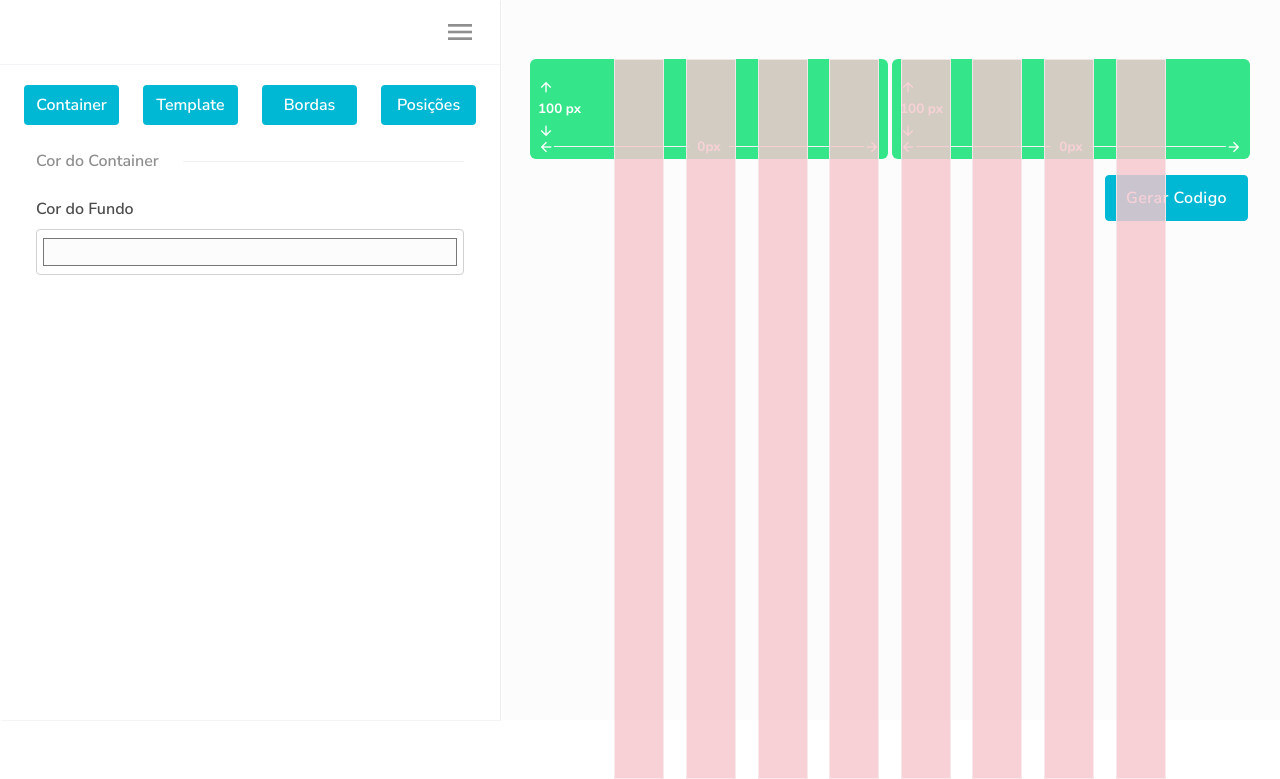
Repository: Flintdl/lowcode-elements
Page: /
These files come from the project's save history. The page is drawn as it stood at one moment and after the next save; the edit follows.
The browser window is 1280 px wide. The pictures show the whole page.
The project was rebuilt for these pictures with package versions that can differ from the ones it lists, and the page was loaded fresh each time. Also part of the build but not shown: vue.config.js.

Above is the page before, as saved 2022-04-10 14:43:55.

### src/assets/scss/_variables.scss
// Primarys Colors
$standardTextColor: #4d4d4d;

$primaryColor: #8e6dff;
$secondaryColor: #009997;
$buttonDisableColor: #9c9c9c;
$buttonDisableBgColor: #7676764d;

// Menu Colors

$bgMenuColor: #1d1d1d;
$linkMenuColor: #7b8089;
$iconMenuColor: #2a2a2a;
$borderMenuColor: #323232;

// Botão Colors

$btnPrimary: #00b8d4;
$btnPrimaryHover: #0085b0;

// Generics Colors

$whiteColor: #ffffff;
$mutedColor: #8f8f8f;
$cardColor: #f3f4f7;
$cardColorLight: #f9fafc;
$cardColorLightTwo: #f1f5fc;
$greyLight: #d1d1d1;

// Dropdown Colors

$dropdownHeaderColor: #5f5f5f;
$dropdownColor: #ebffff;

// State Colors

$successColor: #3dc661;
$dangerColor: #e7515a;
$warningColor: #e2a03f;
$infoColor: #2196f3;
$defaultColor: #172b4d;
$lightColor: #e0e0e0;

### src/views/HomeView.vue
<template>
  <div>
    <div class="sf-row">
      <div
        id="sf-preview-code-content"
        class="sf-col-12 sf-mx-auto sf-position-relative"
      >
        <div id="sf-preview-code" ref="previewGrid">
          <div class="sf-row">
            <div
              :class="[
                'sf-col-12 sf-text-center sf-display-flex sf-flex-wrap',
                'sf-justify-content-' + checkValue,
              ]"
            >
              <span
                v-bind:key="linha"
                :style="widthProps1"
                class="sf-display-block sf-position-relative"
                v-for="linha of 8"
              >
                <div :style="widthProps" class="sf-position-absolute"></div>
              </span>
            </div>
          </div>
          <div
            :style="gapProps"
            :class="[
              'sf-display-grid sf-flex-wrap sf-width-100',
              'sf-justify-content-' + checkValue,
            ]"
          >
            <DivGrid
              v-bind:key="n"
              v-for="n of quantidade"
              :tamanho="String(valor)"
              :altura="String(valorHeight)"
              :cssDefinido="cssProps"
              class="sf-position-relative"
            />
          </div>
        </div>
      </div>
      <div class="sf-col-12 sf-mt-3 sf-display-flex sf-justify-content-end">
        <button class="sf-btn sf-btn-primary" @click="gerarCodigo">
          Gerar Codigo
        </button>
      </div>
    </div>
    <div class="sf-row" v-if="htmlPreviewCode">
      <div class="sf-col-12 sf-mx-auto sf-mt-5 sf-code-content">
        <div class="sf-bg-code sf-p-4 sf-border-radius">
          <code>
            <span class="sf-text-info">Código do Preview</span> <br />
            {{ htmlPreviewCode }}
          </code>
        </div>
      </div>
    </div>
  </div>
</template>

<script>
// @ is an alias to /src

import DivGrid from "@/components/templates/DivGrid.vue";

export default {
  name: "HomeView",
  data: function () {
    return {
      htmlPreviewCode: null,
      gridLinhas: null,
      valorRecalculado: null,
      arroz: null,
    };
  },
  components: {
    DivGrid,
  },
  props: {
    valor: String,
    inputGap: String,
    quantidade: Number,
    valorHeight: String,
    quantidadeLinha: Number,
    inputBorderRadius: String,
    checkValue: String,
    inputColor: String,
    inputBorder: String,
    inputBorderColor: String,
    inputBorderTipo: String,
  },
  computed: {
    cssProps() {
      return {
        // width: `calc((${this.valor}% - ${this.inputGap}px * ${
        //   this.quantidadeLinha - "1"
        // }) / ${this.quantidadeLinha})`,
        height: this.valorHeight + "px",
        "border-radius": this.inputBorderRadius + "px",
        "background-color": this.inputColor,
        border:
          this.inputBorder +
          "px" +
          " " +
          this.inputBorderTipo +
          " " +
          this.inputBorderColor,
      };
    },
    gapProps() {
      return {
        "grid-template-columns": `repeat(${this.quantidadeLinha}, ${this.valorRecalculado}%)`,
        gap: this.inputGap + "px",
      };
    },
    widthProps1() {
      return {
        width: `10%`,
      };
    },
    widthProps() {
      return {
        height: "100vh",
        width: "clamp(50px, 50%, 100px)",
        "background-color": "#f7c7cfd1",
        border: "1px solid #f9edefd1",
        transform: "translateX(-50%)",
        "z-index": "500",
        left: "50%",
        top: "1px",
      };
    },
  },
  mounted() {
    this.arroz = this.$refs.previewGrid?.offsetHeight;
    this.valorRecalculado = this.valor / this.quantidadeLinha;
  },
  created() {
    this.$watch("quantidade", () => {
      this.arroz = this.$refs.previewGrid?.offsetHeight;
      this.valorRecalculado = this.valor / this.quantidadeLinha;
    });
    this.$watch("quantidadeLinha", () => {
      this.arroz = this.$refs.previewGrid?.offsetHeight;
      this.valorRecalculado = this.valor / this.quantidadeLinha;
    });
    this.$watch("valor", () => {
      this.arroz = this.$refs.previewGrid?.offsetHeight;
      this.valorRecalculado = this.valor / this.quantidadeLinha;
    });
  },
  methods: {
    gerarCodigo() {
      this.htmlPreviewCode =
        document.getElementById("sf-preview-code").innerHTML;
    },
  },
};
</script>

<style>
#sf-grid-template:after {
  content: "";
  width: 100%;
  height: 150%;
  top: -25%;
  background-color: #ff008c0a;
  border: 1px solid rgba(255, 0, 140, 0.103);
  border-left: 2px solid #ff008c38;
  border-right: 2px solid #ff008c38;
  position: absolute;
}
</style>

### src/components/templates/InputGapTemplate.vue
<template>
  <div class="sf-col-3 sf-form-group">
    <label class="sf-label">Espaçamento</label>
    <input
      type="number"
      min="1"
      max="12"
      value="2"
      id="inputGap"
      v-model="valor"
      class="filter-states sf-text-capitalize"
      placeholder="Quantidade de Blocos"
    />
  </div>
</template>

<script>
export default {
  props: {
    valorInput: String,
  },
  computed: {
    valor: {
      get() {
        var inp = this.valorInput;
        return inp;
      },
      set(valorInput) {
        this.$emit("callback", valorInput);
      },
    },
  },
};
</script>

<style></style>

### src/components/templates/InputQuantidadeTemplate.vue
<template>
  <div class="sf-col-4 sf-form-group">
    <label class="sf-label">Quantidade</label>
    <input
      type="number"
      value="1"
      id="inputQuantidade"
      v-model="valor"
      class="filter-states sf-text-capitalize"
      placeholder="Quantidade de Blocos"
    />
  </div>
</template>

<script>
export default {
  props: {
    valorInput: String,
  },
  computed: {
    valor: {
      get() {
        var inp = this.valorInput;
        return inp;
      },
      set(valorInput) {
        this.$emit("callback", valorInput);
      },
    },
  },
};
</script>

<style></style>

### src/components/templates/InputQuantLinhasTemplate.vue
<template>
  <div class="sf-col-5 sf-form-group">
    <label class="sf-label">Quantidade por Linhas</label>
    <input
      type="number"
      min="1"
      max="12"
      value="1"
      id="inputQuantidadeLinha"
      v-model="valor"
      class="filter-states sf-text-capitalize"
      placeholder="Quantidade Linha"
    />
  </div>
</template>

<script>
export default {
  props: {
    valorInput: String,
  },
  computed: {
    valor: {
      get() {
        var inp = this.valorInput;
        return inp;
      },
      set(valorInput) {
        this.$emit("callback", valorInput);
      },
    },
  },
};
</script>

<style></style>

### src/components/templates/InputLarguraBloco.vue
<template>
  <div class="sf-col-6 sf-form-group">
    <label class="sf-label">Largura do Bloco</label>
    <div class="sf-input-group">
      <div
        class="sf-input-group-append sf-display-flex sf-justify-content-center"
      >
        <div
          class="sf-display-flex sf-align-items-center sf-justify-content-center sf-border-left-0 sf-border-radius sf-border-radius-left-0 sf-pr-2 sf-text-info sf-font-weight-bold sf-min-80-px"
        >
          <div class="sf-input-group">
            <input
              type="number"
              value="1"
              min="1"
              max="100"
              v-model="valor"
              class="sf-text-md sf-height-fit-content sf-pr-0 sf-pl-1 sf-border-right-0 sf-border-radius-right-0 sf-text-capitalize"
              placeholder="Curva da Borda"
            />
            <div
              class="sf-input-group-append sf-display-flex sf-justify-content-center"
            >
              <div
                class="sf-display-flex sf-align-items-center sf-border sf-justify-content-center sf-border-left-0 sf-border-radius sf-border-radius-left-0 sf-pr-1 sf-text-info sf-font-weight-bold sf-text-sm"
              >
                %
              </div>
            </div>
          </div>
        </div>
      </div>
      <input
        type="range"
        min="10"
        max="100"
        value="10"
        id="inputRange"
        v-model="valor"
        class="sf-px-0 sf-border-right-0 sf-border-radius-right-0 sf-text-capitalize"
      />
    </div>
  </div>
</template>

<script>
export default {
  props: {
    valorInput: String,
  },
  computed: {
    valor: {
      get() {
        var inp = this.valorInput;
        return inp;
      },
      set(valorInput) {
        this.$emit("callback", valorInput);
      },
    },
  },
};
</script>

<style></style>

### src/components/templates/InputAlturaBloco.vue
<template>
  <div class="sf-col-6 sf-form-group">
    <label class="sf-label">Altura Bloco</label>
    <div class="sf-input-group">
      <div
        class="sf-input-group-append sf-display-flex sf-justify-content-center"
      >
        <div
          class="sf-display-flex sf-align-items-center sf-justify-content-center sf-border-left-0 sf-border-radius sf-border-radius-left-0 sf-pr-2 sf-text-info sf-font-weight-bold sf-min-80-px"
        >
          <div class="sf-input-group">
            <input
              type="number"
              value="1"
              min="1"
              max="500"
              v-model="valor"
              class="sf-text-md sf-height-fit-content sf-pr-0 sf-pl-1 sf-border-right-0 sf-border-radius-right-0 sf-text-capitalize"
              placeholder="Curva da Borda"
            />
            <div
              class="sf-input-group-append sf-display-flex sf-justify-content-center"
            >
              <div
                class="sf-display-flex sf-align-items-center sf-border sf-justify-content-center sf-border-left-0 sf-border-radius sf-border-radius-left-0 sf-pr-1 sf-text-info sf-font-weight-bold sf-text-sm"
              >
                PX
              </div>
            </div>
          </div>
        </div>
      </div>
      <input
        type="range"
        min="10"
        max="500"
        id="valorHeight"
        v-model="valor"
        class="sf-px-0 sf-border-right-0 sf-border-radius-right-0 sf-text-capitalize"
      />
    </div>
  </div>
</template>

<script>
export default {
  props: {
    valorInput: String,
  },
  computed: {
    valor: {
      get() {
        var inp = this.valorInput;
        return inp;
      },
      set(valorInput) {
        this.$emit("callback", valorInput);
      },
    },
  },
};
</script>

<style></style>

### src/components/templates/InputBorderRadiusBloco.vue
<template>
  <div class="sf-col-6 sf-form-group">
    <label class="sf-label">Curva da Borda</label>
    <div class="sf-input-group">
      <div
        class="sf-input-group-append sf-display-flex sf-justify-content-center"
      >
        <div
          class="sf-display-flex sf-align-items-center sf-justify-content-center sf-border-left-0 sf-border-radius sf-border-radius-left-0 sf-pr-2 sf-text-info sf-font-weight-bold sf-min-80-px"
        >
          <div class="sf-input-group">
            <input
              type="number"
              value="1"
              min="1"
              max="50"
              v-model="valor"
              class="sf-text-md sf-height-fit-content sf-pr-0 sf-pl-1 sf-border-right-0 sf-border-radius-right-0 sf-text-capitalize"
              placeholder="Curva da Borda"
            />
            <div
              class="sf-input-group-append sf-display-flex sf-justify-content-center"
            >
              <div
                class="sf-display-flex sf-align-items-center sf-border sf-justify-content-center sf-border-left-0 sf-border-radius sf-border-radius-left-0 sf-pr-1 sf-text-info sf-font-weight-bold sf-text-sm"
              >
                PX
              </div>
            </div>
          </div>
        </div>
      </div>
      <input
        type="range"
        value="1"
        min="1"
        max="50"
        id="inputBorderRadius"
        v-model="valor"
        class="sf-px-0 sf-border-right-0 sf-border-radius-right-0 sf-text-capitalize"
        placeholder="Curva da Borda"
      />
    </div>
  </div>
</template>

<script>
export default {
  props: {
    valorInput: String,
  },
  computed: {
    valor: {
      get() {
        var inp = this.valorInput;
        return inp;
      },
      set(valorInput) {
        this.$emit("callback", valorInput);
      },
    },
  },
};
</script>

<style></style>

### src/components/templates/InputBorderBloco.vue
<template>
  <div class="sf-col-6 sf-form-group">
    <label class="sf-label">Tamanho da Borda</label>
    <div class="sf-input-group">
      <div
        class="sf-input-group-append sf-display-flex sf-justify-content-center"
      >
        <div
          class="sf-display-flex sf-align-items-center sf-justify-content-center sf-border-left-0 sf-border-radius sf-border-radius-left-0 sf-pr-2 sf-text-info sf-font-weight-bold sf-min-80-px"
        >
          <div class="sf-input-group">
            <input
              type="number"
              value="1"
              min="1"
              max="50"
              v-model="valor"
              class="sf-text-md sf-height-fit-content sf-pr-0 sf-pl-1 sf-border-right-0 sf-border-radius-right-0 sf-text-capitalize"
              placeholder="Curva da Borda"
            />
            <div
              class="sf-input-group-append sf-display-flex sf-justify-content-center"
            >
              <div
                class="sf-display-flex sf-align-items-center sf-border sf-justify-content-center sf-border-left-0 sf-border-radius sf-border-radius-left-0 sf-pr-1 sf-text-info sf-font-weight-bold sf-text-sm"
              >
                PX
              </div>
            </div>
          </div>
        </div>
      </div>
      <input
        type="range"
        value="1"
        min="0"
        max="24"
        id="inputBorder"
        v-model="valor"
        class="sf-px-0 sf-border-right-0 sf-border-radius-right-0 sf-text-capitalize"
        placeholder="Curva da Borda"
      />
    </div>
  </div>
</template>

<script>
export default {
  props: {
    valorInput: String,
  },
  computed: {
    valor: {
      get() {
        var inp = this.valorInput;
        return inp;
      },
      set(valorInput) {
        this.$emit("callback", valorInput);
      },
    },
  },
};
</script>

<style></style>

### src/components/templates/InputPosicaoBloco.vue
<template>
  <div class="sf-row">
    <div class="sf-col-12 sf-form-group">
      <span
        class="sf-text-md sf-font-weight-bold sf-text-muted sf-display-flex sf-align-items-center"
      >
        Posições
        <hr class="sf-width-100 sf-ml-4" />
      </span>
    </div>
    <div class="sf-col-auto sf-form-group">
      <input
        id="start"
        type="radio"
        name="positionDivs"
        v-model="valor"
        value="start"
        checked
      />
      <label for="start"> Esquerda</label>
    </div>

    <div class="sf-col-auto sf-form-group">
      <input
        type="radio"
        id="center"
        name="positionDivs"
        v-model="valor"
        value="center"
      />
      <label for="center"> Centro</label>
    </div>

    <div class="sf-col-auto sf-form-group">
      <input
        type="radio"
        id="end"
        name="positionDivs"
        v-model="valor"
        value="end"
      />
      <label for="end"> Final</label>
    </div>
    <div class="sf-col-auto sf-form-group">
      <input
        type="radio"
        id="between"
        name="positionDivs"
        v-model="valor"
        value="between"
      />
      <label for="between"> Laterais</label>
    </div>
    <div class="sf-col-auto sf-form-group">
      <input
        type="radio"
        id="around"
        name="positionDivs"
        v-model="valor"
        value="around"
      />
      <label for="around"> Meio</label>
    </div>
  </div>
</template>

<script>
export default {
  props: {
    valorInput: String,
  },
  computed: {
    valor: {
      get() {
        var inp = this.valorInput;
        return inp;
      },
      set(valorInput) {
        this.$emit("callback", valorInput);
      },
    },
  },
};
</script>

<style></style>

### src/components/templates/InputBorderCorBloco.vue
<template>
  <div class="sf-col sf-form-group">
    <label class="sf-label">Cor</label>
    <input
      type="color"
      id="inputBorderColor"
      v-model="valor"
      class="sf-p-1 sf-text-capitalize"
      placeholder="Quantidade de Blocos"
    />
  </div>
</template>

<script>
export default {
  props: {
    valorInput: String,
  },
  computed: {
    valor: {
      get() {
        var inp = this.valorInput;
        return inp;
      },
      set(valorInput) {
        this.$emit("callback", valorInput);
      },
    },
  },
};
</script>

<style></style>

### src/components/templates/InputBorderTipoBloco.vue
<template>
  <div class="sf-col-10 sf-form-group">
    <label class="sf-label">Tipo de Borda</label>
    <select
      id="inputBorderTipo"
      v-model="control"
      :items="items"
      @change="onSelectType"
      class="sf-text-capitalize"
    >
      <option
        v-bind:key="item.value"
        :value="item.value"
        :disabled="!item.value"
        v-for="item of items"
      >
        {{ item.label }}
      </option>
    </select>
  </div>
</template>

<script>
export default {
  props: {
    valorInput: String,
  },
  data: () => {
    return {
      items: [
        { label: "Solid", value: "solid" },
        { label: "Dashed", value: "dashed" },
      ],
    };
  },
  computed: {
    control: {
      get() {
        return this.valorInput;
      },
      set(valorInput) {
        this.$emit("callback", valorInput);
      },
    },
  },
  methods: {
    onSelectType(event) {
      this.$emit("change", event);
    },
  },
};
</script>

<style></style>

### src/components/templates/InputContainerColor.vue
<template>
  <div class="sf-col sf-form-group">
    <label class="sf-label">Cor do Fundo</label>
    <input
      type="color"
      id="inputContainerColor"
      v-model="valor"
      class="sf-p-1 sf-text-capitalize"
      placeholder="Quantidade de Blocos"
    />
  </div>
</template>

<script>
export default {
  props: {
    valorInput: String,
  },
  computed: {
    valor: {
      get() {
        var inp = this.valorInput;
        return inp;
      },
      set(valorInput) {
        this.$emit("callback", valorInput);
      },
    },
  },
};
</script>

<style></style>

### src/components/templates/DivGrid.vue
<template>
  <div
    class="sf-position-relative sf-overflow-hidden"
    :style="cssDefinido"
    ref="container"
  >
    <div
      class="sf-height-position sf-position-absolute sf-display-flex sf-flex-column sf-px-2"
    >
      <i
        class="mdi mdi-arrow-up sf-text-md sf-text-white sf-dropdown-action"
      ></i>
      <span class="sf-text-white sf-font-weight-extra-bold sf-text-center">
        {{ altura }}
        px
      </span>
      <i
        class="mdi mdi-arrow-down sf-text-md sf-text-white sf-dropdown-action"
      ></i>
    </div>
    <div
      class="sf-width-position sf-width-100 sf-position-absolute sf-display-flex sf-align-items-center sf-px-2"
    >
      <i
        class="mdi mdi-arrow-left sf-text-md sf-text-white sf-dropdown-action"
      ></i>
      <hr class="sf-width-100 sf-mr-2" />
      <span class="sf-text-white sf-font-weight-extra-bold sf-text-center">
        {{ larguraPixel }}px
      </span>
      <hr class="sf-width-100 sf-ml-2" />
      <i
        class="mdi mdi-arrow-right sf-text-md sf-text-white sf-dropdown-action"
      ></i>
    </div>
  </div>
</template>

<script>
export default {
  data() {
    return {
      larguraPixel: null,
    };
  },
  mounted() {
    this.larguraPixel = this.$refs.container?.offsetWidth;
  },

  props: {
    cssDefinido: Object,
    tamanho: String,
    altura: String,
  },
  created() {
    this.$watch("tamanho", () => {
      this.larguraPixel = this.$refs.container?.offsetWidth;
    });
  },
};
</script>

<style lang="scss" scoped>
.sf-height-position,
.sf-width-position {
  font-size: 1.4ch;
}
.sf-height-position {
  transform: translateY(-50%);
  left: 0;
  top: 50%;
}
.sf-width-position {
  transform: translateX(-50%);
  bottom: 0;
  left: 50%;
}
</style>

Loaded but not shown: public/index.html (common file); src/main.js (common file); src/App.vue (common file); src/registerServiceWorker.js (common file); src/router/index.js (common file); src/assets/scss/materialdesignicons.scss (9 lines, source omitted); src/assets/scss/style.scss (4106 lines, source omitted); src/components/Menu/MenuTemplate.vue (328 lines, source omitted); src/assets/scss/menu.scss (402 lines, source omitted); src/assets/scss/standard.scss (381 lines, source omitted)

After the next save:
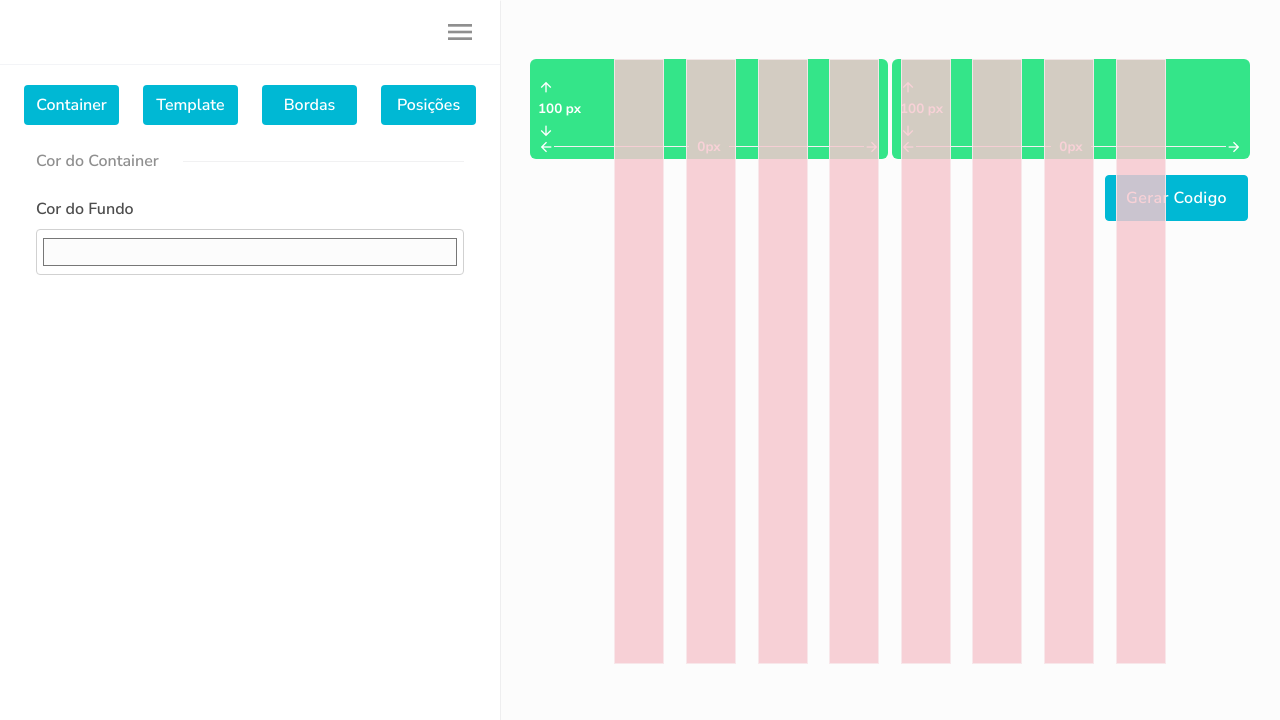
Saved 65 s later.
--- a/src/views/HomeView.vue
+++ b/src/views/HomeView.vue
@@ -122,7 +122,7 @@ export default {
     },
     widthProps() {
       return {
-        height: "100vh",
+        height: "calc(100vh - 115px)",
         width: "clamp(50px, 50%, 100px)",
         "background-color": "#f7c7cfd1",
         border: "1px solid #f9edefd1",
